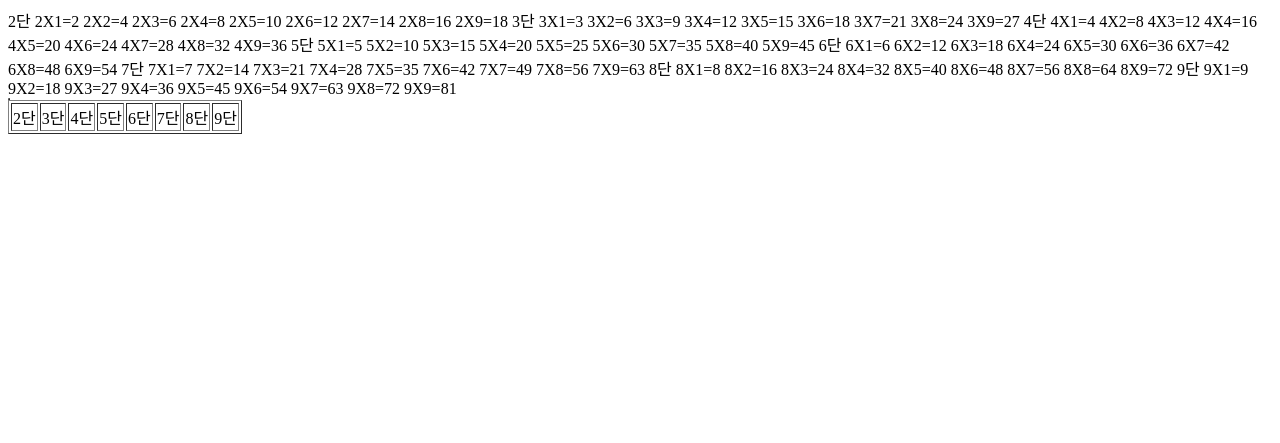
Repository: sieoh/2024html-
Page: http://localhost/jspweb_07/HW_07_이시연.jsp
An editor plug-in stored every save of this project. The page is shown before and after the next save, followed by the edit.
The browser window is 1280 px wide. The pictures show the whole page.
The page is served by Tomcat 9.

Above is the page before, as saved 2024-01-11 02:46:37.

After the next save:
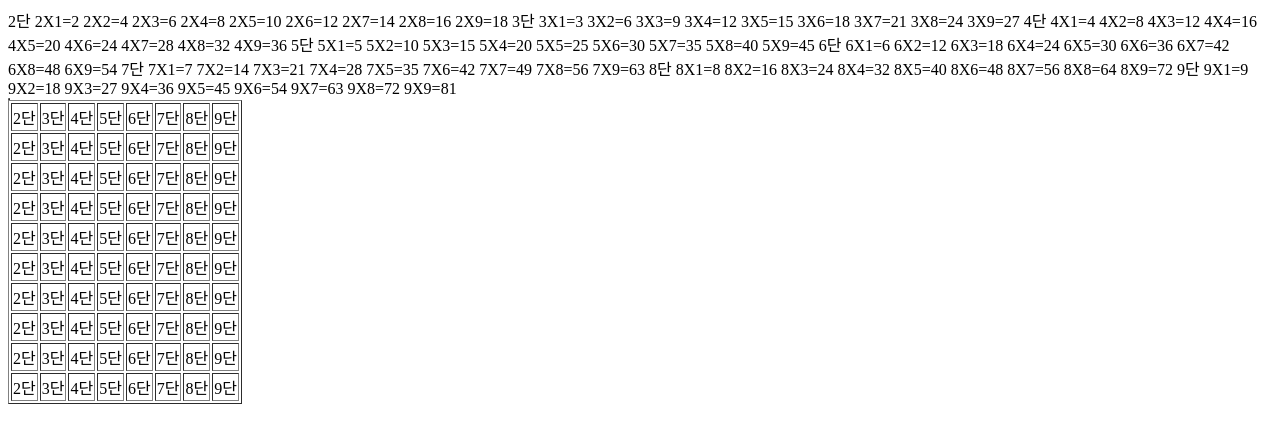
Saved 91 s later.
--- a/workspace_sts/jspweb_07/src/main/webapp/HW_07_이시연.jsp
+++ b/workspace_sts/jspweb_07/src/main/webapp/HW_07_이시연.jsp
@@ -23,6 +23,10 @@
 			<% for(int i=2;i<10;i++) { %>
 			<td><%=i+"단" %></td> <%} %>
 		</tr>
+		<%for(int j=1;j<10;j++) { %>
+		<%for(int i=2;i<10;i++) { %>
+		<td><%=i+"단" %></td> <%} %>
+		</tr><%} %>
 	</table>
 </body>
 </html>
